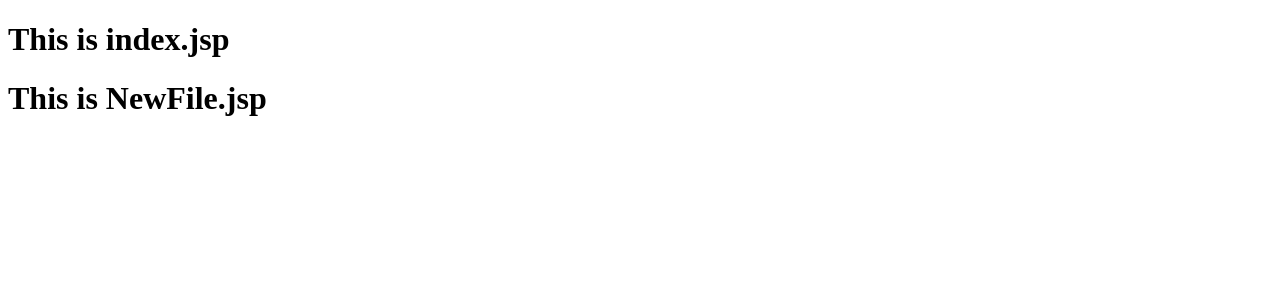
Repository: satyensingh/servlet-jsp-demos
Page: http://localhost/InterJSPCommunication/
These files come from the project's save history. The page is drawn as it stood at one moment and after the next save; the edit follows.
The browser window is 1280 px wide. The pictures show the whole page.
The page is served by Tomcat 9.

Above is the page before, as saved 2018-01-28 15:36:08.

### Day11/InterJSPCommunication/WebContent/index.jsp
<%@ page language="java" contentType="text/html; charset=UTF-8"
    pageEncoding="UTF-8"%>
<!DOCTYPE html PUBLIC "-//W3C//DTD HTML 4.01 Transitional//EN" "http://www.w3.org/TR/html4/loose.dtd">
<html>
<head>
<meta http-equiv="Content-Type" content="text/html; charset=UTF-8">
<title>Insert title here</title>
</head>
<body>
<h1>This is index.jsp</h1>

<%-- <jsp:forward page="NewFile.jsp"></jsp:forward> --%>
<jsp:include page="NewFile.jsp"></jsp:include>

</body>
</html>

### Day11/InterJSPCommunication/WebContent/NewFile.jsp
<%@ page language="java" contentType="text/html; charset=UTF-8"
    pageEncoding="UTF-8"%>
<!DOCTYPE html PUBLIC "-//W3C//DTD HTML 4.01 Transitional//EN" "http://www.w3.org/TR/html4/loose.dtd">
<html>
<head>
<meta http-equiv="Content-Type" content="text/html; charset=UTF-8">
<title>Insert title here</title>
</head>
<body>
<h1>This is NewFile.jsp</h1>

</body>
</html>

### Day11/InterJSPCommunication/WebContent/AnotherFile.jsp
<%@ page language="java" contentType="text/html; charset=UTF-8"
    pageEncoding="UTF-8"%>
<!DOCTYPE html PUBLIC "-//W3C//DTD HTML 4.01 Transitional//EN" "http://www.w3.org/TR/html4/loose.dtd">
<html>
<head>
<meta http-equiv="Content-Type" content="text/html; charset=UTF-8">
<title>Insert title here</title>
</head>
<body>
<h1>This is another JSP File</h1>
</body>
</html>

After the next save:
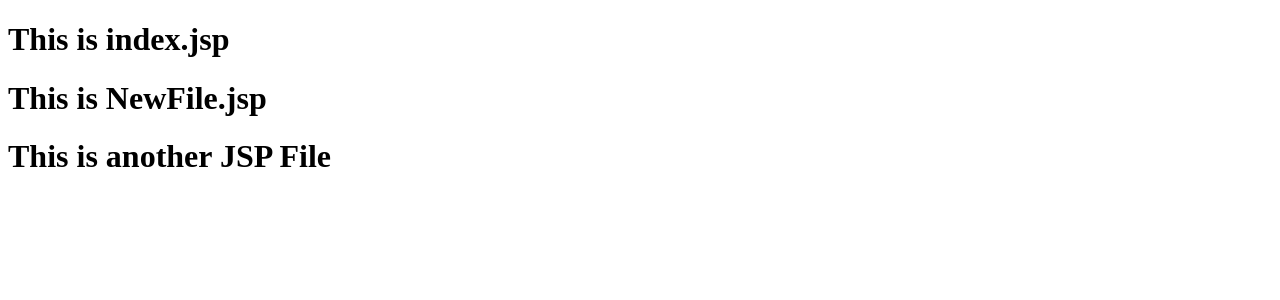
Saved 53 s later.
--- a/Day11/InterJSPCommunication/WebContent/index.jsp
+++ b/Day11/InterJSPCommunication/WebContent/index.jsp
@@ -11,6 +11,6 @@
 
 <%-- <jsp:forward page="NewFile.jsp"></jsp:forward> --%>
 <jsp:include page="NewFile.jsp"></jsp:include>
-
+<%@ include file="AnotherFile.jsp" %>
 </body>
 </html>
